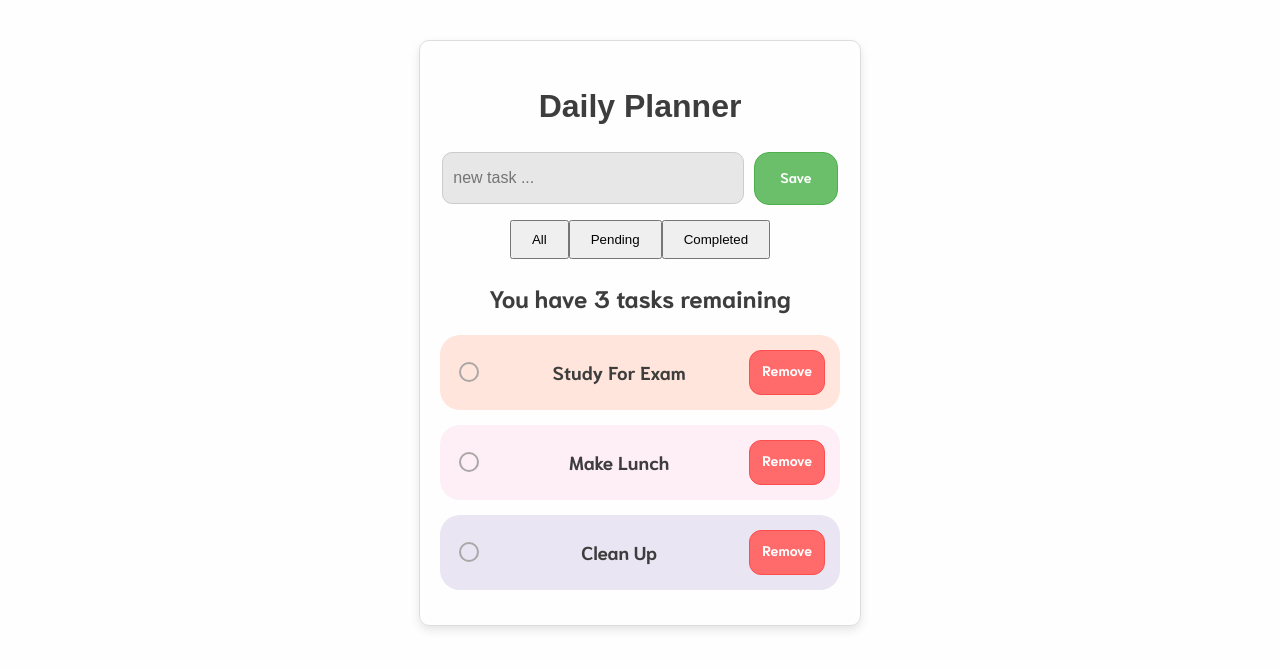
Repository: Zalida-Khan/Frontend-Lab4
Page: /
These files come from the project's save history. The page is drawn as it stood at one moment and after a run of saves; the edit follows.
The browser window is 1280 px wide. The pictures show the whole page.
Some web fonts or font styles are not loaded; a fallback is used. The project was rebuilt for these pictures with package versions that can differ from the ones it lists, and the page was loaded fresh each time. Also part of the build but not shown: vite.config.js.

Above is the page before, as saved 2024-10-29 22:56:41.

After the next 2 saves:
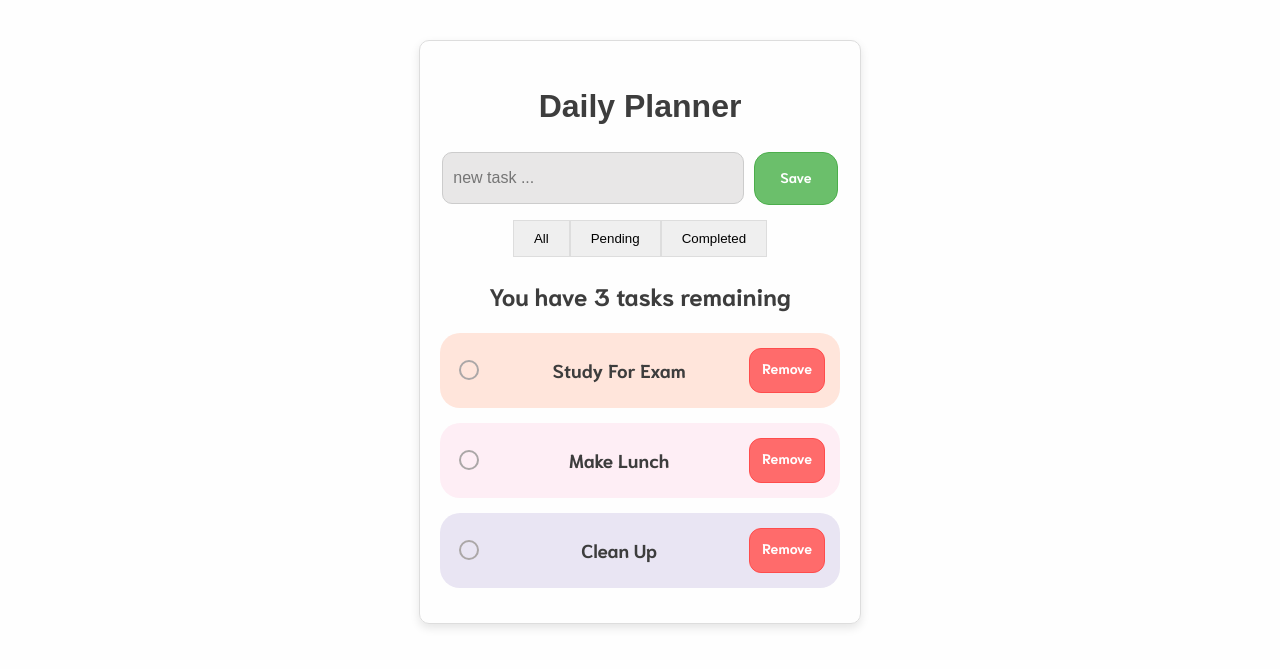
The 2 saves are shown as one change because they came seconds apart.
The last was saved 6 s later.
--- a/src/App.css
+++ b/src/App.css
@@ -174,5 +174,6 @@ h1 {
 
 .filter-buttons button {
   padding: 10px 20px;
-  border: 1px solid #
+  border: 1px solid #ddd;
+
 }
